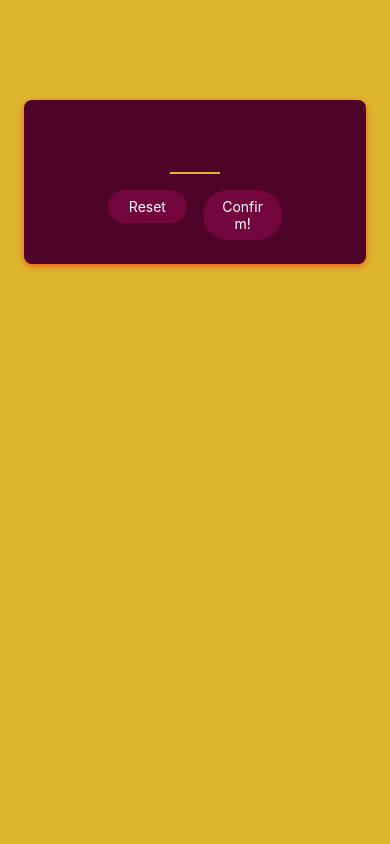
Repository: SyLe-Van/Number-Guessing-Game
Screen: /
The author's editor kept a copy of each file at every save. The screen is drawn from the files as they stood at one save, then again after a run of saves.
The app was drawn by React Native's web renderer in a window 390 px wide. The project was rebuilt for these pictures with package versions that can differ from the ones it lists, and the page was loaded fresh each time.

Above is the screen before, as saved 2024-02-02 22:24:40.

### App.js
import { StyleSheet, View } from "react-native";
import { LinearGradient } from "expo-linear-gradient";
import StartGameScreen from "./screens/StartGameScreen";
export default function App() {
  return (
    <View style={styles.rootScreen}>
      <StartGameScreen />
    </View>
  );
}

const styles = StyleSheet.create({
  rootScreen: {
    backgroundColor: "#ddb52f",
    flex: 1,
  },
});

### screens/StartGameScreen.js
import { TextInput, View, StyleSheet } from "react-native";
import PrimaryButton from "../components/PrimaryButton";
function StartGameScreen() {
  return (
    <View style={styles.inputContainer}>
      <TextInput
        style={styles.numberInput}
        maxLength={2}
        keyboardType={"number-pad"}
        autoCapitalize="none"
        autoCorrect={false}
      />
      <View style={styles.buttonsContainer}>
        <View style={styles.buttonContainer}>
          <PrimaryButton>Reset</PrimaryButton>
        </View>
        <View style={styles.buttonContainer}>
          <PrimaryButton>Confirm!</PrimaryButton>
        </View>
      </View>
    </View>
  );
}
const styles = StyleSheet.create({
  inputContainer: {
    justifyContent: "center",
    alignItems: "center",
    padding: 16,
    marginTop: 100,
    marginHorizontal: 24,
    backgroundColor: "#4e0329",
    borderRadius: 8,
    shadowColor: "red",
    shadowOffset: { width: 0, height: 2 },
    shadowRadius: 6,
    shadowOpacity: 0.5,
  },
  numberInput: {
    height: 50,
    width: 50,
    fontSize: 30,
    borderBottomColor: "#ddb52f",
    borderBottomWidth: 2,
    color: "#ddb52f",
    marginVertical: 8,
    fontWeight: "bold",
    textAlign: "center",
  },
  buttonsContainer: {
    flexDirection: "row",
  },
  buttonContainer: {
    flex: 1,
  },
});
export default StartGameScreen;

### components/PrimaryButton.js
import { View, Text, Pressable, StyleSheet } from "react-native";

function PrimaryButton({ children }) {
  function pressHandler() {
    console.log("Pressed");
  }
  return (
    <View style={styles.buttonOuterContainer}>
      <Pressable
        onPress={pressHandler}
        style={({ pressed }) =>
          pressed
            ? [styles.buttonInnerContainer, styles.pressed]
            : styles.buttonInnerContainer
        }
      >
        <Text style={styles.buttonText}>{children}</Text>
      </Pressable>
    </View>
  );
}
const styles = StyleSheet.create({
  buttonOuterContainer: {
    borderRadius: 28,
    margin: 4,
    overflow: "hidden",
  },
  buttonInnerContainer: {
    backgroundColor: "#72063c",
    borderRadius: 25,
    paddingVertical: 8,
    paddingHorizontal: 16,
    margin: 4,
  },
  buttonText: {
    color: "white",
    textAlign: "center",
  },
  pressed: {
    opacity: 0.75,
  },
});
export default PrimaryButton;

After the next 2 saves:
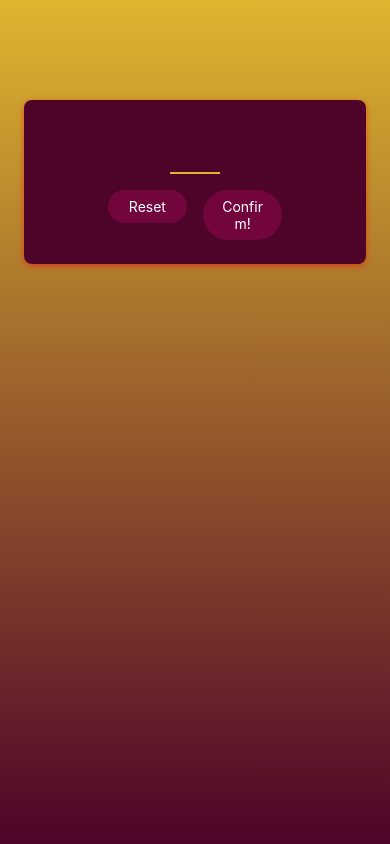
The 2 saves are shown as one change because 1 did not build or start.
The last was saved 8 min 14 s later.
--- a/App.js
+++ b/App.js
@@ -3,9 +3,9 @@ import { LinearGradient } from "expo-linear-gradient";
 import StartGameScreen from "./screens/StartGameScreen";
 export default function App() {
   return (
-    <View style={styles.rootScreen}>
+    <LinearGradient colors={["#ddb52f", "#4e0329"]} style={styles.rootScreen}>
       <StartGameScreen />
-    </View>
+    </LinearGradient>
   );
 }
 
